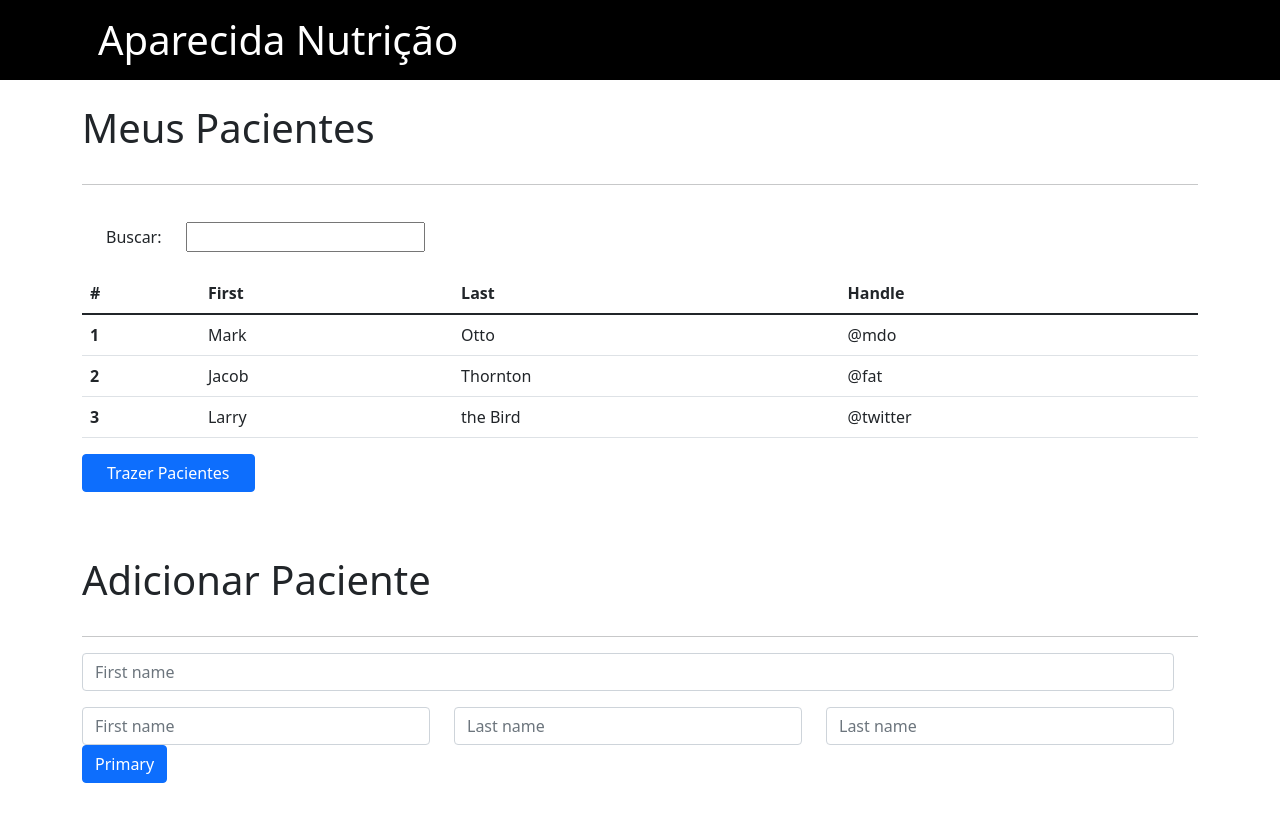
Repository: eversonps/app-paciente
Page: / (app in frontend/)
An editor plug-in stored every save of this project. The page is shown before and after the next save, followed by the edit.
The browser window is 1280 px wide. The pictures show the whole page.
The project was rebuilt for these pictures with package versions that can differ from the ones it lists, and the page was loaded fresh each time.

Above is the page before, as saved 2022-03-28 14:39:15.

After the next save:
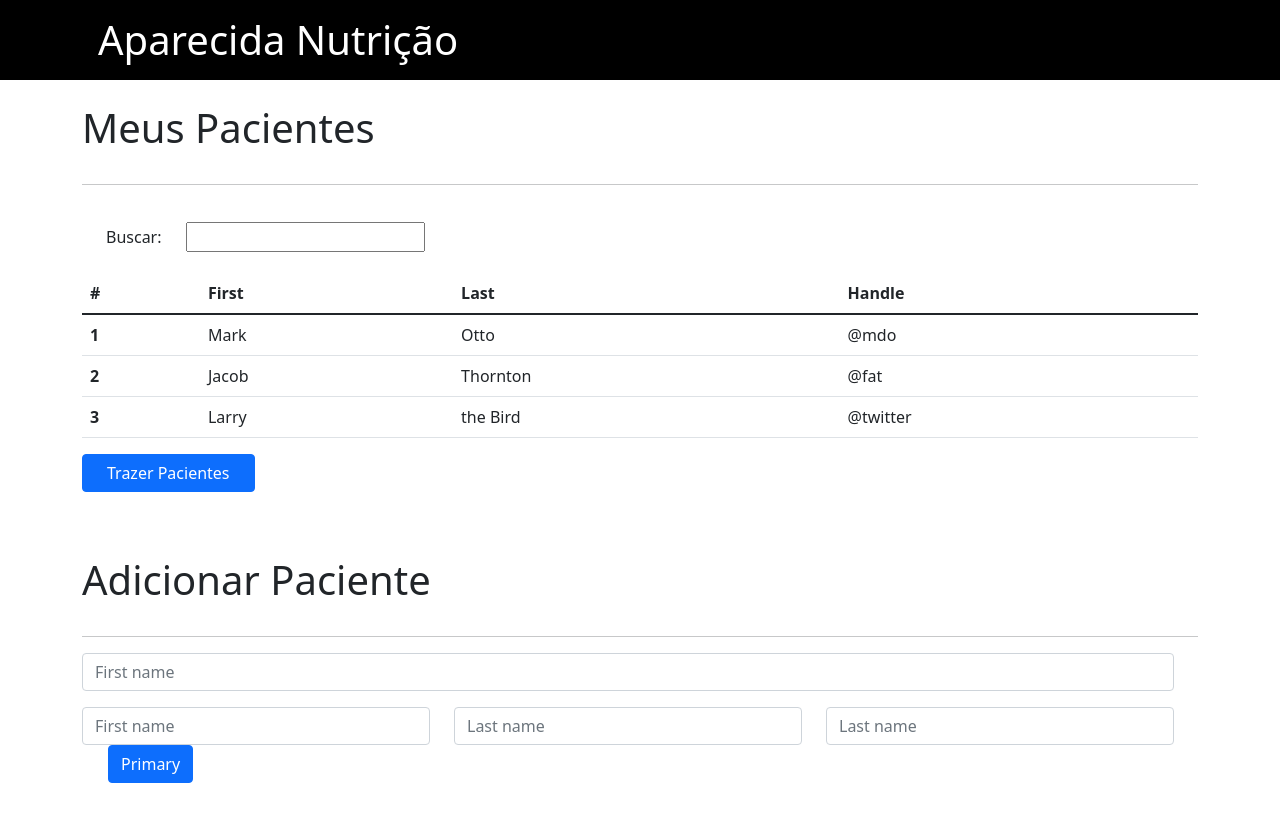
Saved 5 s later.
--- a/frontend/src/components/AddPacient.jsx
+++ b/frontend/src/components/AddPacient.jsx
@@ -7,6 +7,7 @@ export default props => (
     <div className="py-5">
         <Title name="Adicionar Paciente"></Title>
         <FormPacients></FormPacients>
+        <Button></Button>
         <button type="button" class="btn btn-primary">Primary</button>
     </div>
 )
